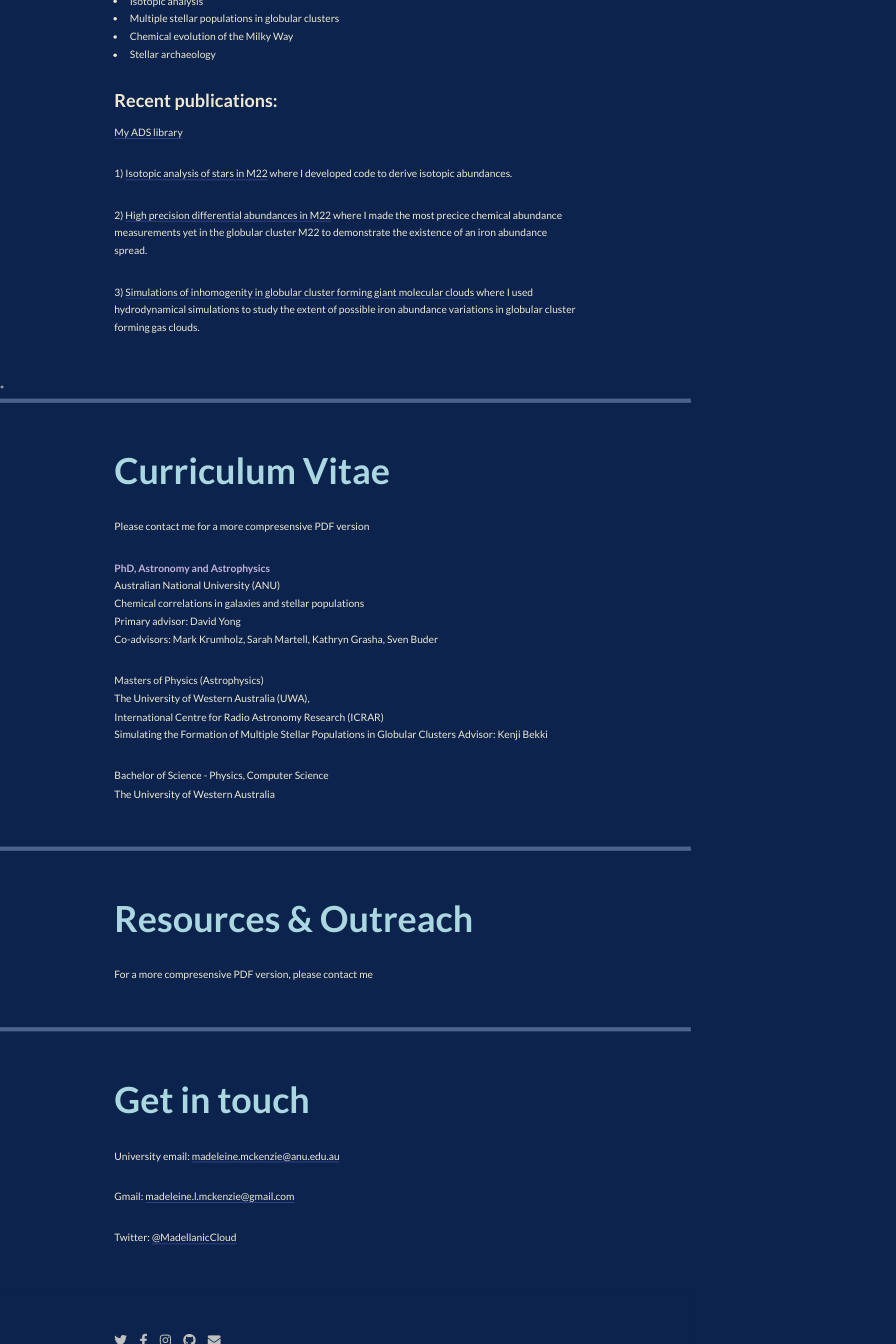
Repository: madeleine-mckenzie/madeleine-mckenzie.github.io
Page: index.html
An editor plug-in stored every save of this project. The page is shown before and after the next save, followed by the edit.
The browser window is 1280 px wide. The pictures show the part of the page from y = 1298 to 3218 px (the page is 3337 px tall), at 70% of full size.
Backgrounds fixed to the window are drawn as part of the page.

Above is the page before, as saved 2023-11-12 16:25:08.

### index.html
<!DOCTYPE HTML>
<!--
    Read Only by HTML5 UP
    html5up.net | @ajlkn
    Free for personal and commercial use under the CCA 3.0 license (html5up.net/license)
-->
<html>
    <head>
        <title>M. McKenzie</title>
        <meta charset="utf-8" />
        <meta name="viewport" content="width=device-width, initial-scale=1, user-scalable=no" />
        <link rel="stylesheet" href="assets/css/main.css" />
        <style>
            /* Custom style */
            body {
                background: url('images/2023_ANU_3MT_20230727_ANU2022 3.jpg') no-repeat center center fixed;
                background-size: cover;
            }
        </style>
    </head>
    <body class="is-preload">

        <!-- Header -->
        <section id="header">
            <header>
                <!-- Avatar image next to name -->
                <span class="image avatar"><img src="images/IG_DP.jpeg" alt="Madeleine L. McKenzie" /></span>
                <h1>Madeleine L. McKenzie</h1>
                <p>PhD candidate at the Australian National University </p>
                <p> <a href="mailto:madeleine.mckenzie@anu.edu.au">madeleine.mckenzie@anu.edu.au</a></p>
            </header>
            <nav id="nav">
                <ul>
                    <li><a href="#one" class="active">About</a></li>
                    <li><a href="#two">My Research</a></li>
                    <li><a href="#three">CV</a></li>
                    <li><a href="#four">Resources</a></li>
                    <li><a href="#five">Contact</a></li>
                </ul>
            </nav>
        </section>

        <!-- Wrapper -->
        <div id="wrapper">

            <!-- Main -->
            <div id="main">

                <!-- One -->
                <section id="one">
                    <div class="image main" data-position="center">
                        <!-- Top banner image -->
                        <img src="images/2023_ANU_3MT_20230727_ANU2022.jpg" alt="" />
                    </div>
                    <div class="container">
                        <header class="major">
                            <h2>Hi!</h2>
                        </header>
                        <p>I'm Madeleine, an Australian astrophysicist interested in all things Milky Way. I was born and raised in Perth, Western Australia,
                            and completed my undergraduate degree and Masters of Astrophysics at the University of Western Australia and International Centre
                            for Radio Astronomy Research. My Masters thesis, titled <b>Simulating the Formation of Multiple Stellar Populations in Globular Clusters</b>, was supervised
                            by Professor Kenji Bekki. I am currently a <b>PhD candidate at the Australian National University</b>, supervised by Dr. David Yong and
                            Professor Mark Krumholz. I primarily work on high precision spectroscopy and isotopic analysis of globular clusters.
                            I am in my final year of my PhD and am currently applying for postdoc positions.
                        </p>
                    </div>
                </section>

                <!-- Two -->
                <section id="two">
                    <div class="container">
                        <header class="major">
                            <h2>My Research</h2>
                        </header>
                        <h3>My research interests include:</h3>
                        <p><ul>
                                <li>High precision spectroscopy</li>
                                <li>Isotopic analysis</li>
                                <li>Multiple stellar populations in globular clusters</li>
                                <li>Chemical evolution of the Milky Way</li>
                                <li>Stellar archaeology</li>
                            </ul>
                        <h3>Recent publications:</h3>
                        <p><a href="https://ui.adsabs.harvard.edu/user/libraries/K8q3Fv2nS-eG0YgK9U_ysw">My ADS library</a></p>

                        <p>1) <a href="https://ui.adsabs.harvard.edu/abs/2023MNRAS.tmp.2870M/abstract">Isotopic analysis of stars in M22</a> where I developed code to
                        derive isotopic abundances.</p>
                        <p>2) <a href="https://ui.adsabs.harvard.edu/abs/2022MNRAS.516.3515M/abstract">High precision differential abundances in M22</a> where I
                        made the most precice chemical abundance measurements yet in the globular cluster M22 to demonstrate the existence of an iron abundance spread.</p>
                        <p>3) <a href="https://ui.adsabs.harvard.edu/abs/2022MNRAS.516.3515M/abstract">Simulations of inhomogenity in globular cluster forming giant
                            molecular clouds </a> where I used hydrodynamical simulations to study the extent of possible iron abundance variations in
                             globular cluster forming gas clouds.</p>
                        </p>

                    </div>*
                </section>

                <!-- three -->
                <section id="three">
                    <div class="container">
                        <header class="major">
                            <h2>Curriculum Vitae</h2>
                        </header>
                        <p>Please contact me for a more compresensive PDF version</p>
                        <p><b>PhD, Astronomy and Astrophysics </b> <br />
                            Australian National University (ANU)<br />
                            Chemical correlations in galaxies and stellar populations<br />
                            Primary advisor: David Yong<br />
                            Co-advisors: Mark Krumholz, Sarah Martell, Kathryn Grasha, Sven Buder
                        </p>
                        <p> Masters of Physics (Astrophysics)<br />
                            The University of Western Australia (UWA),<br />
                            International Centre for Radio Astronomy Research (ICRAR)<br />
                            Simulating the Formation of Multiple Stellar Populations in Globular Clusters Advisor: Kenji Bekki
                        </p>
                        <p> Bachelor of Science - Physics, Computer Science<br />
                            The University of Western Australia</p>
                        </p>

                    </div>
                </section>

                 <!-- four -->
                 <section id="four">
                    <div class="container">
                        <header class="major">
                            <h2>Resources & Outreach</h2>
                        </header>
                        <p>For a more compresensive PDF version, please contact me</p>
                        <!-- Icons grid here -->
                    </div>
                </section>

                <!-- Three -->
                <section id="five">
                    <div class="container">
                        <header class="major">
                            <h2>Get in touch</h2>
                        </header>
                        <p>University email: <a href="mailto:madeleine.mckenzie@anu.edu.au">madeleine.mckenzie@anu.edu.au</a></p>
                        <p>Gmail: <a href="mailto:madeleine.l.mckenzie@gmail.com">madeleine.l.mckenzie@gmail.com</a></p>
                        <p>Twitter: <a href="https://twitter.com/MadellanicCloud" target="_blank">@MadellanicCloud</a></p>
                    </div>
                </section>

            </div>

            <!-- Footer -->
            <section id="footer">
                <div class="container">
                    <ul class="icons">
                        <!-- Social media icons here -->
                        <li><a href="#" class="icon brands fa-twitter"><span class="label">Twitter</span></a></li>
                        <li><a href="#" class="icon brands fa-facebook-f"><span class="label">Facebook</span></a></li>
                        <li><a href="#" class="icon brands fa-instagram"><span class="label">Instagram</span></a></li>
                        <li><a href="#" class="icon brands fa-github"><span class="label">Github</span></a></li>
                        <li><a href="#" class="icon solid fa-envelope"><span class="label">Email</span></a></li>
                    </ul>
                    <ul class="copyright">
                        <li>&copy; M. McKenzie</li>
                        <li>Design: <a href="http://html5up.net">HTML5 UP</a></li>
                    </ul>
                </div>
            </section>

        </div>

        <!-- Scripts -->
        <script src="assets/js/jquery.min.js"></script>
        <script src="assets/js/jquery.scrollex.min.js"></script>
        <script src="assets/js/jquery.scrolly.min.js"></script>
        <script src="assets/js/browser.min.js"></script>
        <script src="assets/js/breakpoints.min.js"></script>
        <script src="assets/js/util.js"></script>
        <script src="assets/js/main.js"></script>

    </body>
</html>

Loaded but not shown: assets/js/jquery.min.js (library); assets/js/jquery.scrollex.min.js (common file); assets/js/jquery.scrolly.min.js (common file); assets/js/browser.min.js (common file); assets/js/breakpoints.min.js (common file); assets/css/fontawesome-all.min.css (library); assets/js/util.js (587 lines, source omitted); assets/js/main.js (159 lines, source omitted); assets/css/main.css (3340 lines, source omitted)

After the next save:
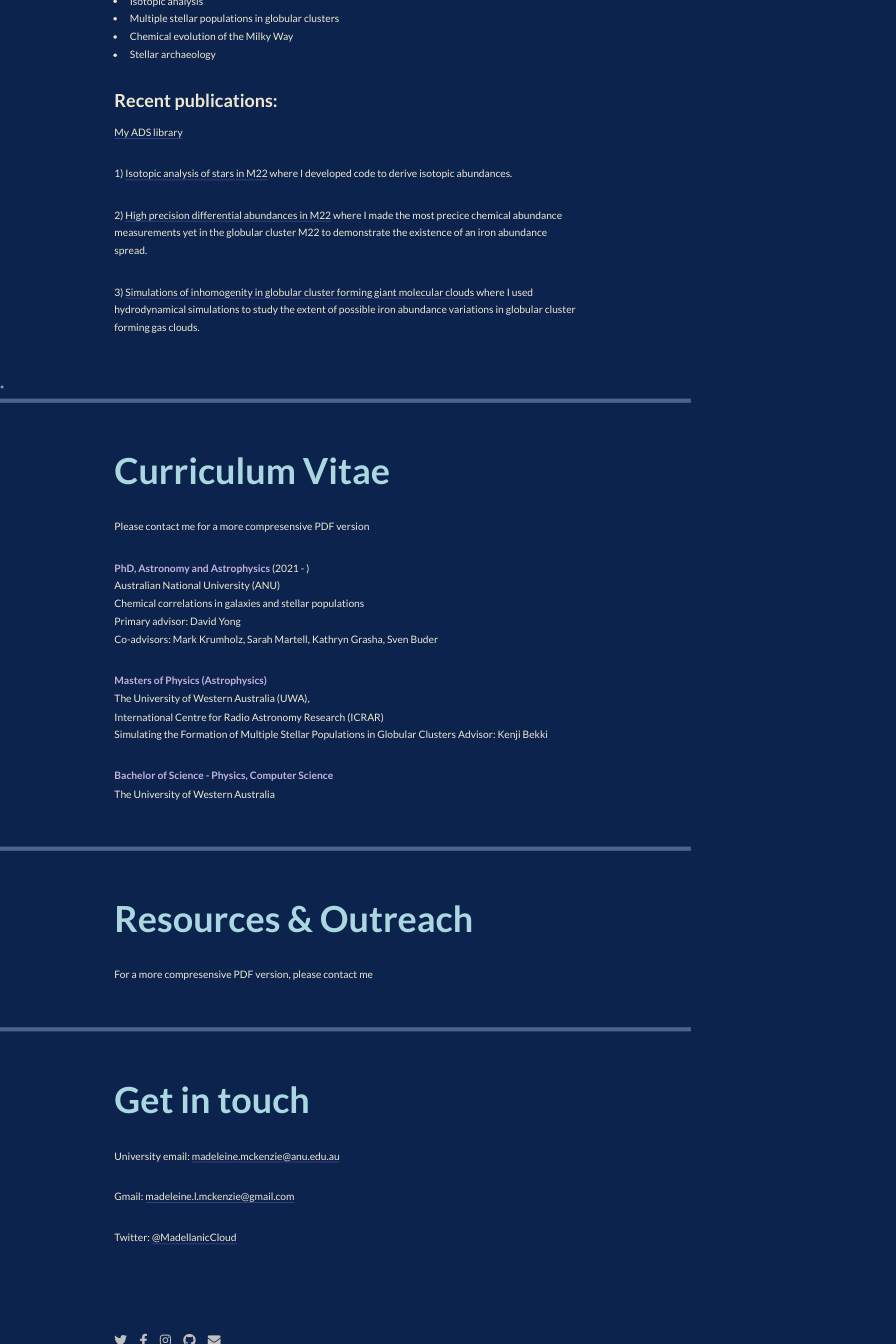
Saved 45 s later.
--- a/index.html
+++ b/index.html
@@ -102,18 +102,18 @@
                             <h2>Curriculum Vitae</h2>
                         </header>
                         <p>Please contact me for a more compresensive PDF version</p>
-                        <p><b>PhD, Astronomy and Astrophysics </b> <br />
+                        <p><b>PhD, Astronomy and Astrophysics </b> (2021 - )<br />
                             Australian National University (ANU)<br />
                             Chemical correlations in galaxies and stellar populations<br />
                             Primary advisor: David Yong<br />
                             Co-advisors: Mark Krumholz, Sarah Martell, Kathryn Grasha, Sven Buder
                         </p>
-                        <p> Masters of Physics (Astrophysics)<br />
+                        <p> <b>Masters of Physics (Astrophysics)</b> <br />
                             The University of Western Australia (UWA),<br />
                             International Centre for Radio Astronomy Research (ICRAR)<br />
                             Simulating the Formation of Multiple Stellar Populations in Globular Clusters Advisor: Kenji Bekki
                         </p>
-                        <p> Bachelor of Science - Physics, Computer Science<br />
+                        <p> <b>Bachelor of Science - Physics, Computer Science </b> <br />
                             The University of Western Australia</p>
                         </p>
 
